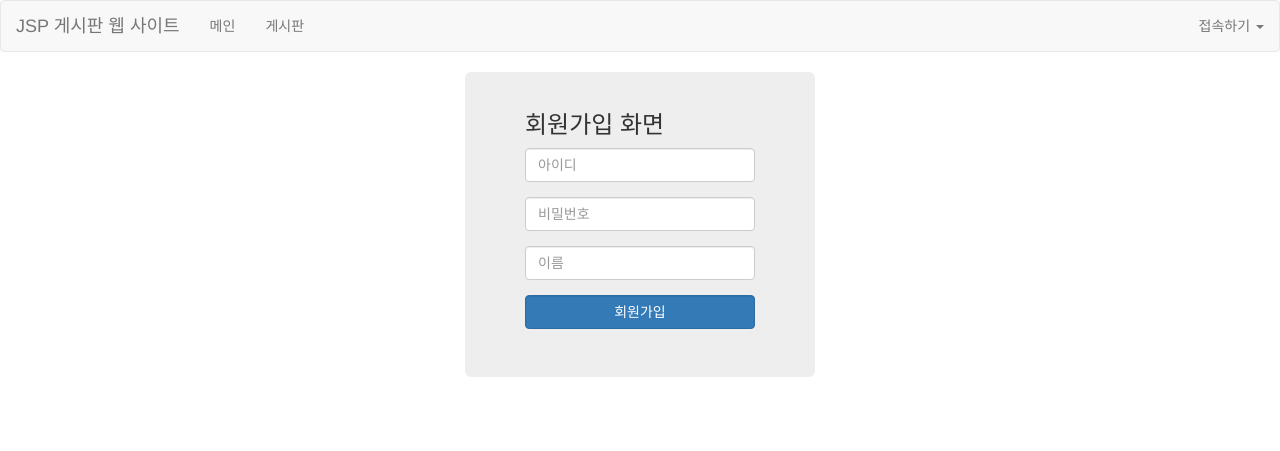
Repository: TheChok/BbsClone
Page: http://localhost/BBS/join.jsp
An editor plug-in stored every save of this project. The page is shown before and after the next save, followed by the edit.
The browser window is 1280 px wide. The pictures show the whole page.
Some web libraries are served in a nearby version. The page is served by Tomcat 9. Other server files are loaded and not shown.

Above is the page before, as saved 2023-09-21 07:31:51.

### BBS/src/main/webapp/join.jsp
<%@ page language="java" contentType="text/html; charset=UTF-8" pageEncoding="UTF-8"%>
<!DOCTYPE html>
<html>
<head>
	<meta http-equiv="Content-Type" content="text/html; charset=UTF-8">
	<meta name="viewport" content="width=device-width", initial-scale="1">
	<link rel="stylesheet" href="css/bootstrap.css">
	<title>JSP 게시판 웹 사이트</title>

</head>
<body>

	<!-- navbar -->
	<nav class="navbar navbar-default">
		<div class="navbar-header">
			<button type="button" class="navbar-toggle"
				data-toggle="collapse" data-target="#bs-example-navbar-collapse-1"
				aria-expanded="false">
				<span class="icon-bar"></span>
				<span class="icon-bar"></span>
				<span class="icon-bar"></span>
			</button>
			<a class="navbar-brand" href="main.jsp">JSP 게시판 웹 사이트</a>
		</div>

		<div class="collapse navbar-collapse" id="bs-example-navbar-collapse-1">
			<ul class="nav navbar-nav">
				<li><a href="main.jsp">메인</a></li>
				<li><a href="bbs.jsp">게시판</a></li>
			</ul>
			<ul class="nav navbar-nav navbar-right">
				<li class="dropdown">
					<a href="#" class="dropdown-toggle"
						data-toggle="dropdown" role="button" aria-haspopup="true"
						aria-expanded="false">
						접속하기
						<span class="caret"></span>
					</a>
					<ul class="dropdown-menu">
						<li class="active">
							<a href="login.jsp">로그인</a>
						</li>
						<li>
							<a href="join.jsp">회원가입</a>
						</li>
					</ul>
				</li>
			</ul>
		</div>
	</nav>
	<!-- End - navbar -->

	<!-- container -->
	<div class="container">
		<div class="col-lg-4"></div>
		<div class="col-lg-4">
			<div class="jumbotron" style="padding-top:20px;">
				<form method="post" action="loginAction.jsp">
					<h3 style="text-aligh:center;">회원가입 화면</h3>
					<div class="form-group">
						<input type="text" class="form-control" placeholder="아이디" name="userID" maxlength="20" />
					</div>
					<div class="form-group">
						<input type="password" class="form-control" placeholder="비밀번호" name="userPassword" maxlength="20" />
					</div>
					<div class="form-group">
						<input type="text" class="form-control" placeholder="이름" name="userName" maxlength="20" />
					</div>
					<div class="form-group" style="text-align:center;">
						<div></div>
					</div>

					<input type="submit" class="btn btn-primary form-control" value="회원가입" />
				</form>
			</div>
		</div>
	</div>



	<script src="https://code.jquery.com/jquery-3.1.1.min.js"></script>
	<script src="js/bootstrap.js"></script>
</body>
</html>

Loaded but not shown: BBS/src/main/webapp/css/bootstrap.css (library); BBS/src/main/webapp/js/bootstrap.js (library)

After the next save:
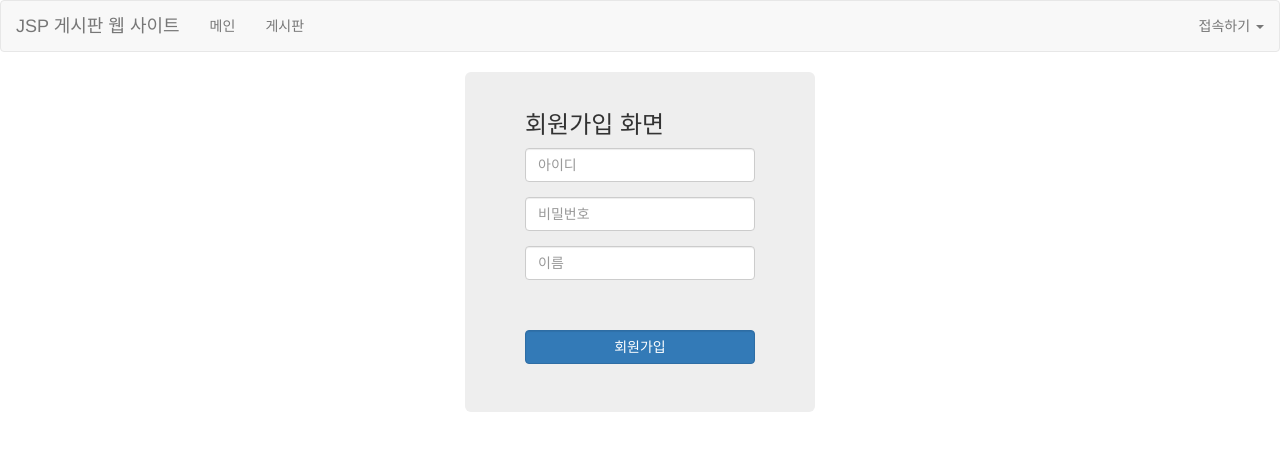
Saved 5 s later.
--- a/BBS/src/main/webapp/join.jsp
+++ b/BBS/src/main/webapp/join.jsp
@@ -67,7 +67,7 @@
 						<input type="text" class="form-control" placeholder="이름" name="userName" maxlength="20" />
 					</div>
 					<div class="form-group" style="text-align:center;">
-						<div></div>
+						<div class="btn-group"></div>
 					</div>
 
 					<input type="submit" class="btn btn-primary form-control" value="회원가입" />
